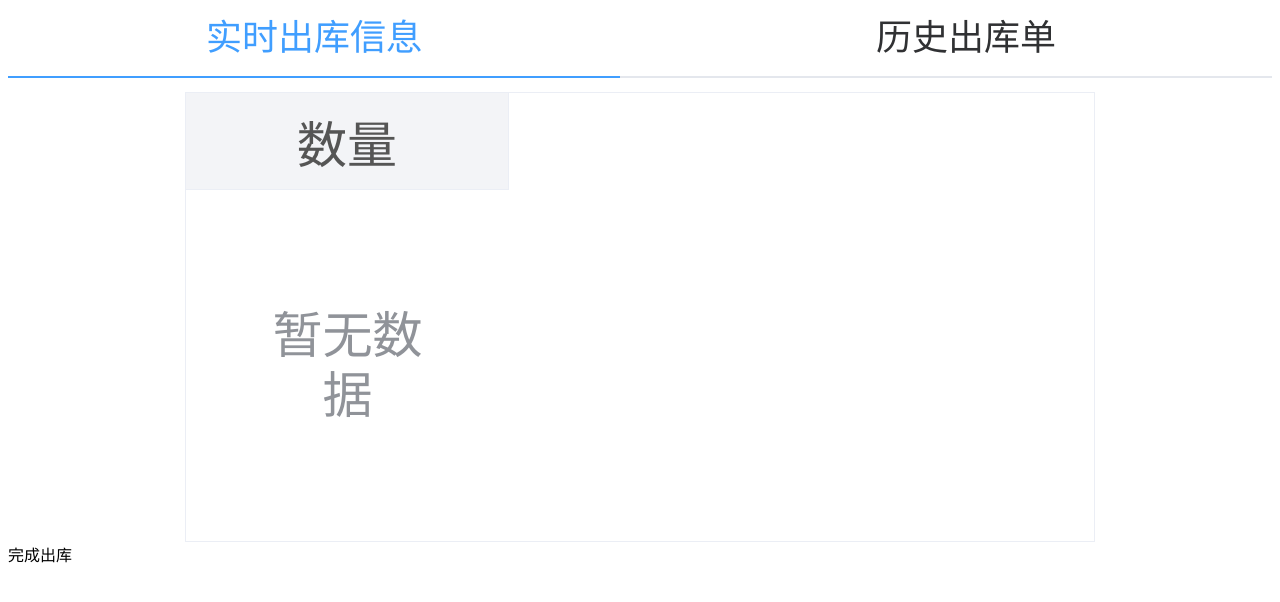
Repository: yaesass/yaesass
Page: /#/OutStock (app in scancode/)
An editor plug-in stored every save of this project. The page is shown before and after the next save, followed by the edit.
The browser window is 1280 px wide. The pictures show the whole page.
The page's requests for data from a server got no answer. The project was rebuilt for these pictures with package versions that can differ from the ones it lists, and the page was loaded fresh each time. No one was signed in, and anything a server would have sent is missing. Also part of the build but not shown: scancode/vue.config.js.

Above is the page before, as saved 2022-07-01 09:11:36.

### scancode/src/main.js
import Vue from 'vue'
import App from './App.vue'
import router from './router/index.js'

import ElementUI from 'element-ui';
import 'element-ui/lib/theme-chalk/index.css';

import axios from 'axios'
Vue.use(ElementUI);
Vue.config.productionTip = false
Vue.prototype.$axios = axios
new Vue({
  el: '#app',
  axios,
  router,
  render: h => h(App)
}).$mount('#app')

### scancode/src/App.vue
<template>
  <div id="app">
    <!-- Name {{ Name }} token {{ token }} Type {{ Type }} Remarks {{ Remarks }} -->
    <router-view></router-view>
  </div>
</template>
<script>
export default {
  name: "App",
  data() {
    return {
      // show: "",
      // activeName: "待生产订单",
      // list: [],
      // listLoading: true,
      // queryForm: {
      //   CurrentPage: 1,
      //   PageSize: 999999,
      // },
      // intervalId: null,
      // messageObj: "",
    };
  },
  created() {
    //获取winform数据
    let Name, token, Type, Remarks;
    // Name = this.getQueryString("Name");
    // token = "Bearer" + " " + this.getQueryString("token");
    // Type = this.getQueryString("DeliveryType");
    // Remarks = this.getQueryString("Remarks");
    token =
      "Bearer admin-accessToken-eyJ0eXAiOiJKV1QiLCJhbGciOiJIUzI1NiJ9.eyJpZCI6IkVBNDY5MDAwLUEwRTMtNDM2NS04OEU1LTYzNTk4MUQxNzM2NSIsIm5hbWUiOiLmiavnoIEifQ.ysDSnXIKlGLatjoH2wUIq0r65R8tv9DP_CH0vsOTbN0";
    Name = "out2";
    Type = "out";
    Remarks = "西出库口2";
    if (Type == "in") {
      this.$router.push({
        name: "InStock",
        params: { Name, token, Type, Remarks },
      });
    } else {
      this.$router.push({
        name: "OutStock",
        params: { Name, token, Type, Remarks },
      });
    }
  },
  beforeDestroy() {
    // this.isDestroyed = true;
    // this.ws.close("测试");
  },
  methods: {
    //接收winform数据
    getQueryString(name) {
      var reg = new RegExp("(^|&)" + name + "=([^&]*)(&|$)");
      var r = window.location.search.substr(1).match(reg);
      if (r != null) return decodeURI(r[2]);
      return null;
    },
  },
};
</script>

### scancode/src/router/index.js
import Vue from 'vue'
import VueRouter from 'vue-router'
// import HomeView from '../views/mainPage/mainPage.vue'

Vue.use(VueRouter)

const routes = [
  {
    path: '/',
    name: 'home',
  },
  {
    path: '/InStock',
    name: 'InStock',
    // route level code-splitting
    // this generates a separate chunk (about.[hash].js) for this route
    // which is lazy-loaded when the route is visited.
    component: () => import(/* webpackChunkName: "about" */ '../views/InStock.vue')
  }, {
    path: '/InStockDetail',
    name: 'InStockDetail',
    // route level code-splitting
    // this generates a separate chunk (about.[hash].js) for this route
    // which is lazy-loaded when the route is visited.
    component: () => import(/* webpackChunkName: "about" */ '../views/InStockDetail.vue')
  }, {
    path: '/OutStock',
    name: 'OutStock',
    // route level code-splitting
    // this generates a separate chunk (about.[hash].js) for this route
    // which is lazy-loaded when the route is visited.
    component: () => import(/* webpackChunkName: "about" */ '../views/OutStock.vue')
  }
]



const router = new VueRouter({
  routes
})

export default router

### scancode/src/views/OutStock.vue
<template>
  <el-tabs v-model="activeName" @tab-click="handleClick">
    <el-tab-pane label="实时出库信息" class="counttable" name="实时出库信息">
      <div>
        <el-table
          :data="list"
          border
          :header-cell-style="{
            background: '#F3F4F7',
            color: '#555',
            height: '97px',
          }"
          :cell-style="{ padding: '0px' }"
          :row-style="{ height: '97px' }"
          style="font-size: 50px; width: 910px; margin: 0 auto"
          ref="table"
          height="450"
        >
          <el-table-column label="商品名称" style="heihgt: 97px" v-if="outkey">
            <template slot-scope="scope">
              <span v-html="scope.row.name"></span>
            </template>
          </el-table-column>
          <el-table-column align="center" label="数量" width="323">
            <template slot-scope="scope">
              <div style="color: red">{{ scope.row.num }}</div>
            </template>
          </el-table-column>
        </el-table>
        <div class="zero" @click="zero()">
          <div class="btntxt">完成出库</div>
        </div>
      </div>
    </el-tab-pane>
    <el-tab-pane label="历史出库单" class="counttable" name="历史出库单">
      <el-table
        :data="tableData"
        border
        :header-cell-style="{
          background: '#F2F6FC',
          height: '48px',
          color: '#909399',
          fontSize: '40px',
        }"
        style="width: 910px; margin: 40px auto; font-size: 25px"
        :cell-style="totalcellcolor"
        height="450"
        :row-style="{ height: '48px' }"
      >
        <el-table-column align="center" prop="product" label="产品名称">
        </el-table-column>
        <el-table-column align="center" prop="time" label="时间">
        </el-table-column>
        <el-table-column align="center" prop="num" label="出库数量">
        </el-table-column>
        <el-table-column align="center" prop="state" label="出库类型">
        </el-table-column>
      </el-table>
    </el-tab-pane>
  </el-tabs>
</template>

<script>
export default {
  name: "InStock",
  data() {
    return {
      token: "",
      Name: "",
      Type: "",
      Remarks: "",
      activeName: "实时出库信息",
      tableData: [], //列表数据
    };
  },
  created() {
    this.token = this.$route.params.token;
    this.Name = this.$route.params.Name;
    this.Type = this.$route.params.Type;
    this.Remarks = this.$route.params.Remarks;

    // console.log("this.$route.params", this.$route.params);
  },
  mounted() {},

  destroyed() {
    // 在页面销毁
  },
  methods: {
    //选项卡
    handleClick(e) {
      console.log("点击tab", e.name);
      if (e.name == "实时出库信息") {
        this.GetOrderOut();
      }
      // else {

      // }
    },

    //查询已激活出库单
    GetOrderOut() {
      let that = this;
      this.$loading({
        lock: true,
        text: "请稍候...",
        spinner: "el-icon-loading",
        background: "rgba(0, 0, 0, 0.7)",
      });
      that.$axios
        .post(
          "https://www.moondeity.com:8308/api/Areas/OrderInfo/GetOrderOut",
          {
            Name: that.Name,
          },
          {
            headers: {
              Authorization: that.token,
            },
          }
        )
        .then(function (res) {
          let reqData = res.data;
          console.log("查询已激活出库单", reqData);
          if (reqData.code == "200") {
            if (reqData.msg == "无激活订单") {
              that.setData({
                outState: "开始出库",
              });
              that.data.outOrderId = "";
            } else {
              that.setData({
                outState: "出库中",
              });
              that.data.outOrderId = reqData.data.model.Id;
              that.GetOrderOutListDetail();
            }
          } else {
            that.message(reqData.msg);
          }
        })
        .catch(function (error) {
          console.log(error);
        });
    },

    //查询出库单明细
    GetOrderOutListDetail() {
      let that = this,
        OrderId = that.data.outOrderId;
      this.$loading({
        lock: true,
        text: "请稍候...",
        spinner: "el-icon-loading",
        background: "rgba(0, 0, 0, 0.7)",
      });

      that.$axios
        .post(
          "https://www.moondeity.com:8308/api/Areas/OrderInfo/GetOrderOutListDetail",
          {
            OrderId,
          },
          {
            headers: {
              Authorization: that.token,
            },
          }
        )
        .then(function (res) {
          let reqData = res.data;
          console.log("查询出库单明细", reqData);

          if (reqData.code == "200") {
            let dt = reqData.data.dts;
            if (dt == "") {
              that.setData({
                list: [],
              });
              // console.log("无返回", that.data.list);
            } else {
              that.setData({
                list: dt,
              });
            }
          } else {
            that.message(reqData.msg);
          }
        })
        .catch(function (error) {
          console.log(error);
        });
    },
    //弹窗提示
    message(msg) {
      //console.log('message')
      if (msg == "success") {
        msg = "成功";
      }
      const h = this.$createElement;
      let tempHtml = h(
        "p",
        {
          style:
            " width: 100%; display:flex;align-items: center;justify-content: space-between;",
        },
        [h("span", undefined, msg)]
      );
      if (msg.indexOf("成功") != "-1") {
        this.$message({
          dangerouslyUseHTMLString: true,
          duration: 2000,
          type: "success",
          message: tempHtml,
          customClass: "workShop_message",
        });
        return true;
      }
      if (msg == "网络连接失败") {
        this.$message({
          dangerouslyUseHTMLString: true,
          duration: 2000,
          type: "error",
          message: tempHtml,
          customClass: "workShop_message",
        });
        return false;
      } else {
        this.$message({
          dangerouslyUseHTMLString: true,
          duration: 2000,
          type: "error",
          message: tempHtml,
          customClass: "workShop_message",
        });
        return false;
      }
    },
  },
};
</script>

<style>
.el-table {
  width: 100%;
  display: flex;
  flex-direction: column;
}

.el-table__body-wrapper {
  flex: 1;
}

.el-tabs__nav {
  width: 100%;
}
.el-tabs__item {
  margin-top: 10px;
  width: 50%;
  height: 60px;
  text-align: center;
  font-size: 36px;
  font-weight: 300;
  letter-spacing: 0em;
}

.count {
  display: flex;
  justify-content: right;
  margin: 20px 60px 20px 0;
}

.count .counttxt {
  font-size: 40px;
  font-weight: normal;
  line-height: 24px;
  letter-spacing: 0px;
  color: #909399;
}

.counttable .el-table .cell {
  line-height: 50px;
  font-weight: 300;
}

.workShop_message {
  width: 40%;
  font-size: 30px;
  color: #ff7d38;
}

.workShop_message .btn {
  padding: 5px 10px;
  cursor: pointer;
  background: #ffb89143;
  border: 2px solid #ffb89143;
  border-radius: 10px;
}
</style>

Loaded but not shown: scancode/public/index.html (common file)

After the next save:
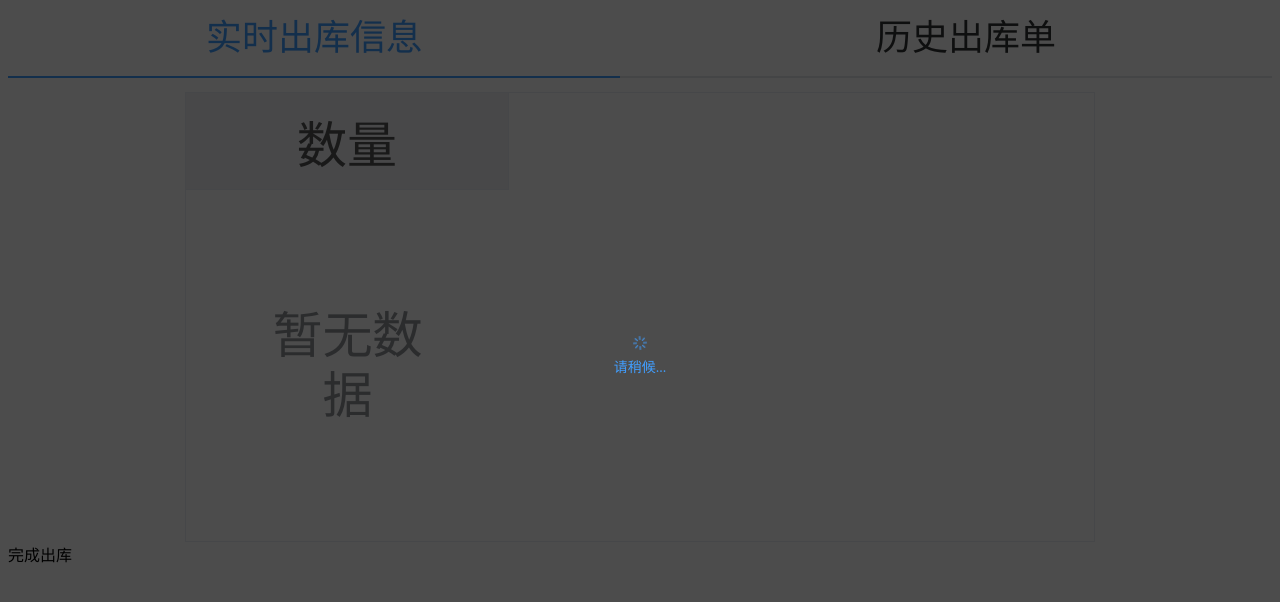
Saved 28 s later.
--- a/scancode/src/views/OutStock.vue
+++ b/scancode/src/views/OutStock.vue
@@ -81,7 +81,9 @@ export default {
 
     // console.log("this.$route.params", this.$route.params);
   },
-  mounted() {},
+  mounted() {
+    this.GetOrderOut();
+  },
 
   destroyed() {
     // 在页面销毁
